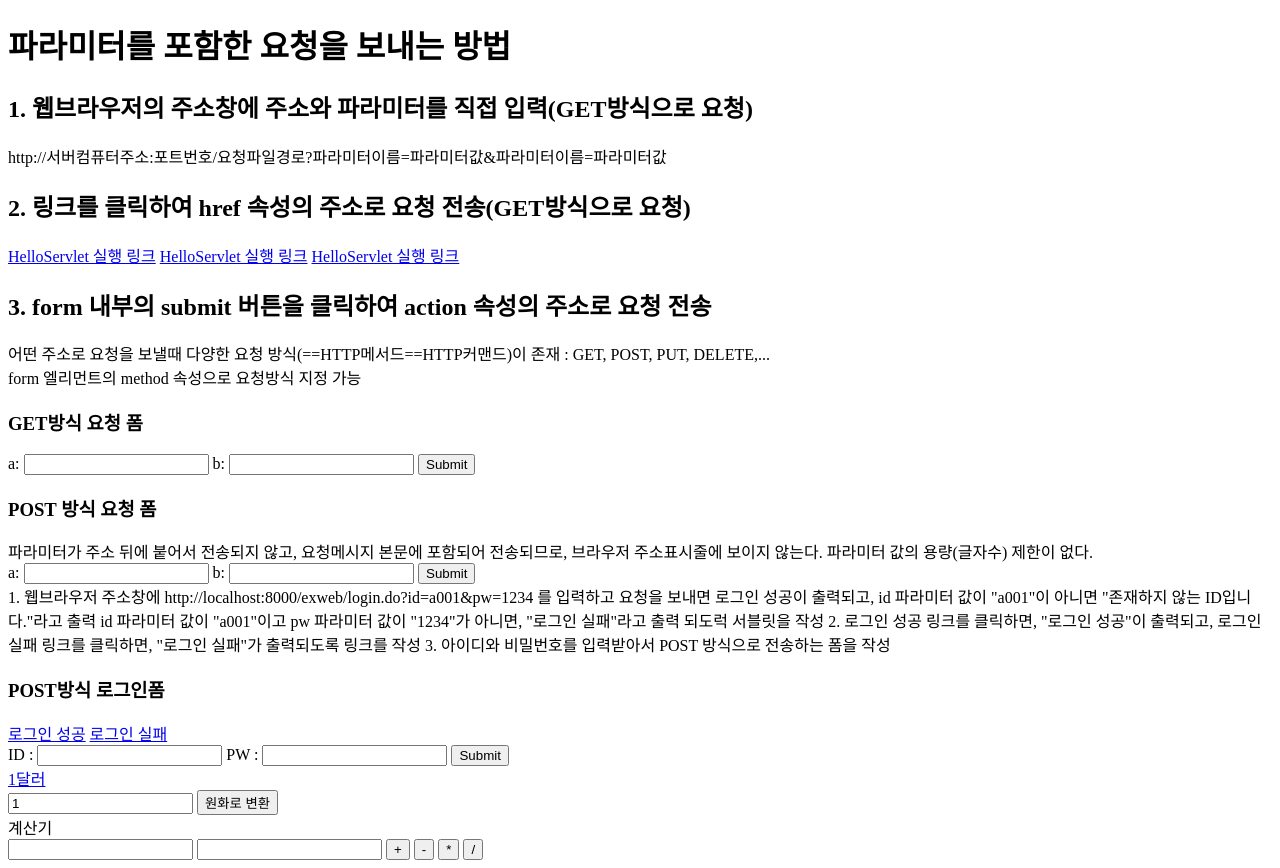
Repository: gywjd848/jeongblog
Page: workspace/exweb/WebContent/param.html
An editor plug-in stored every save of this project. The page is shown before and after the next save, followed by the edit.
The browser window is 1280 px wide. The pictures show the whole page.

Above is the page before, as saved 2020-05-15 08:02:31.

After the next save:
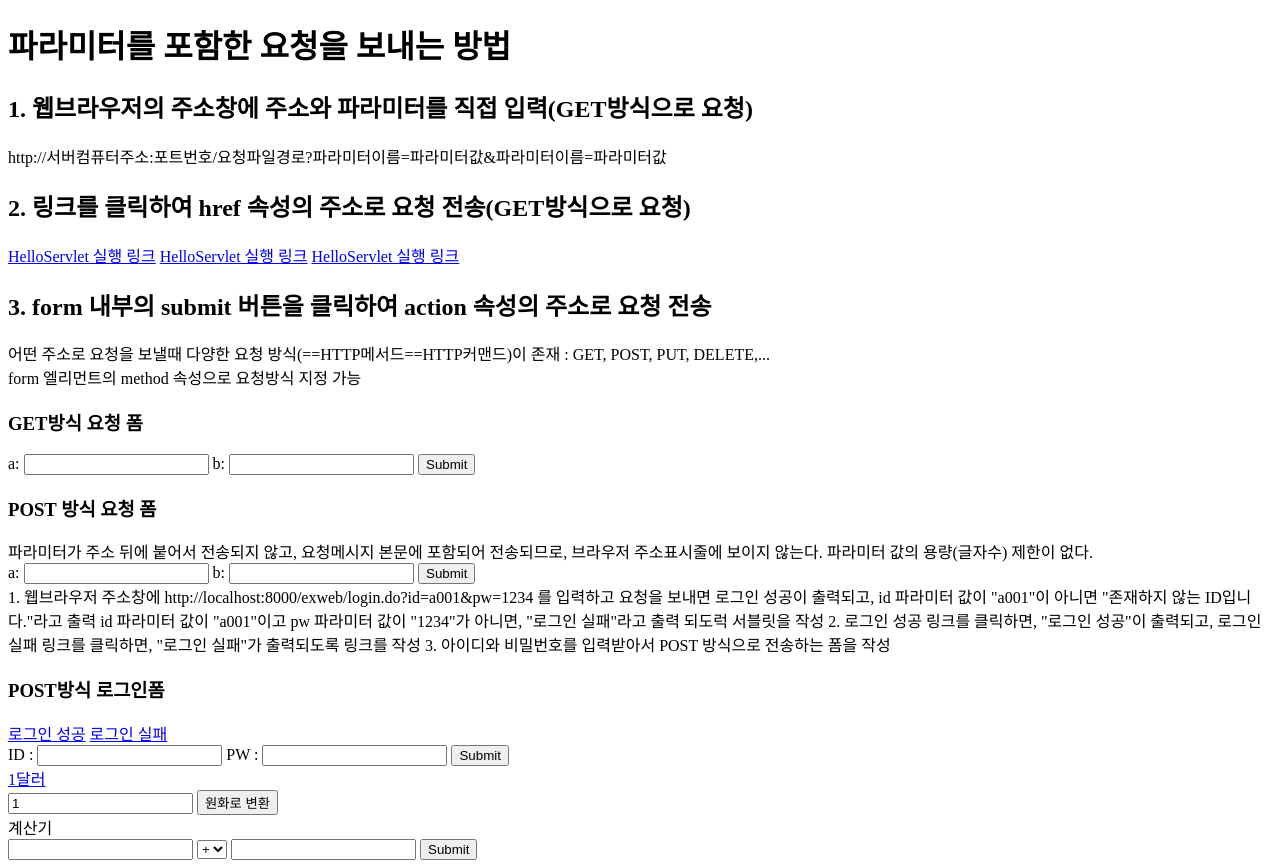
Saved 14 min 6 s later.
--- a/workspace/exweb/WebContent/param.html
+++ b/workspace/exweb/WebContent/param.html
@@ -68,14 +68,16 @@
 	</div>
 	<form action="/exweb/cal.do" method="post">
 		<input type="text" name="x"/>
+		<select>
+			<option>+</option>
+			<option>-</option>
+			<option>*</option>
+			<option>/</option>
+		</select>
 		<input type="text" name="y"/>
-		<element action="/exweb/cal.do">
-			<input type="submit" value="+" />
-			<input type="submit" value="-" />
-			<input type="submit" value="*" />
-			<input type="submit" value="/" />
-		</element>
 
+
+		<input type="submit" />
 
 	</form>
 	</body>
